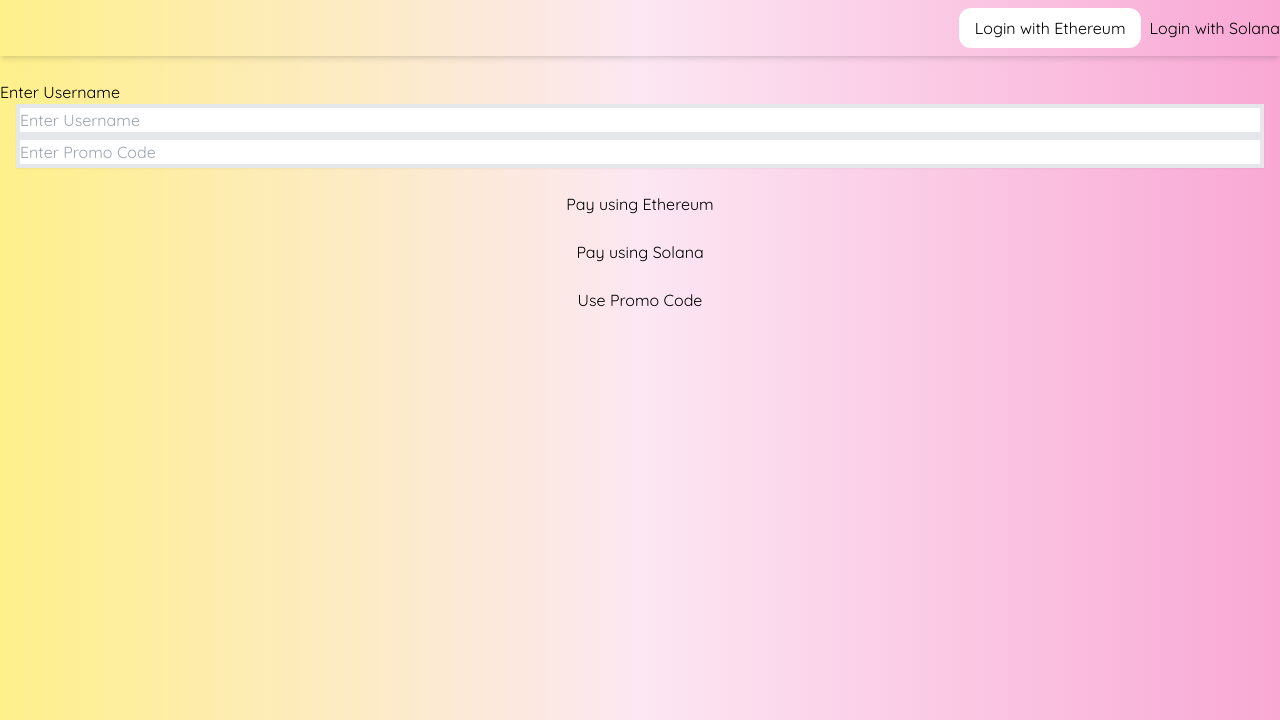
Repository: 22shivam/Polychain
Page: / (app in frontend/)
An editor plug-in stored every save of this project. The page is shown before and after the next save, followed by the edit.
The browser window is 1280 px wide. The pictures show the whole page.
The page's requests for data from a server got no answer. The project was rebuilt for these pictures with package versions that can differ from the ones it lists, and the page was loaded fresh each time. The framework's server and built-in components were replaced by stand-ins that run in the browser. No one was signed in, and anything a server would have sent is missing. Also part of the build but not shown: frontend/next.config.js.

Above is the page before, as saved 2022-01-01 11:44:04.

After the next save:
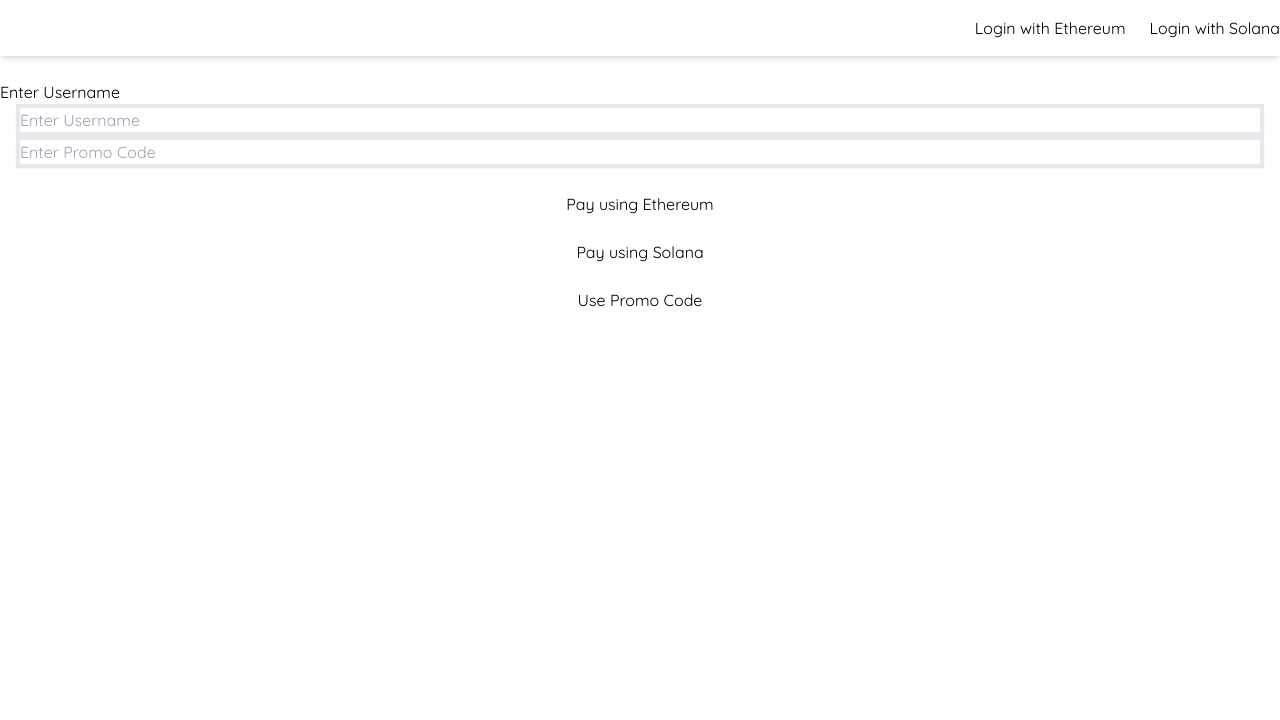
Saved 10 s later.
--- a/frontend/pages/_document.js
+++ b/frontend/pages/_document.js
@@ -9,7 +9,7 @@ class MyDocument extends Document {
                     <link rel="preconnect" href="https://fonts.gstatic.com" crossorigin />
                     <link href="https://fonts.googleapis.com/css2?family=Quicksand:wght@300;400;500;600;700&display=swap" rel="stylesheet" />
                 </Head>
-                <body className='bg-gradient-to-r from-yellow-200 via-pink-100 to-pink-300'>
+                <body className=''>
                     <Main />
                     <NextScript />
                 </body>
